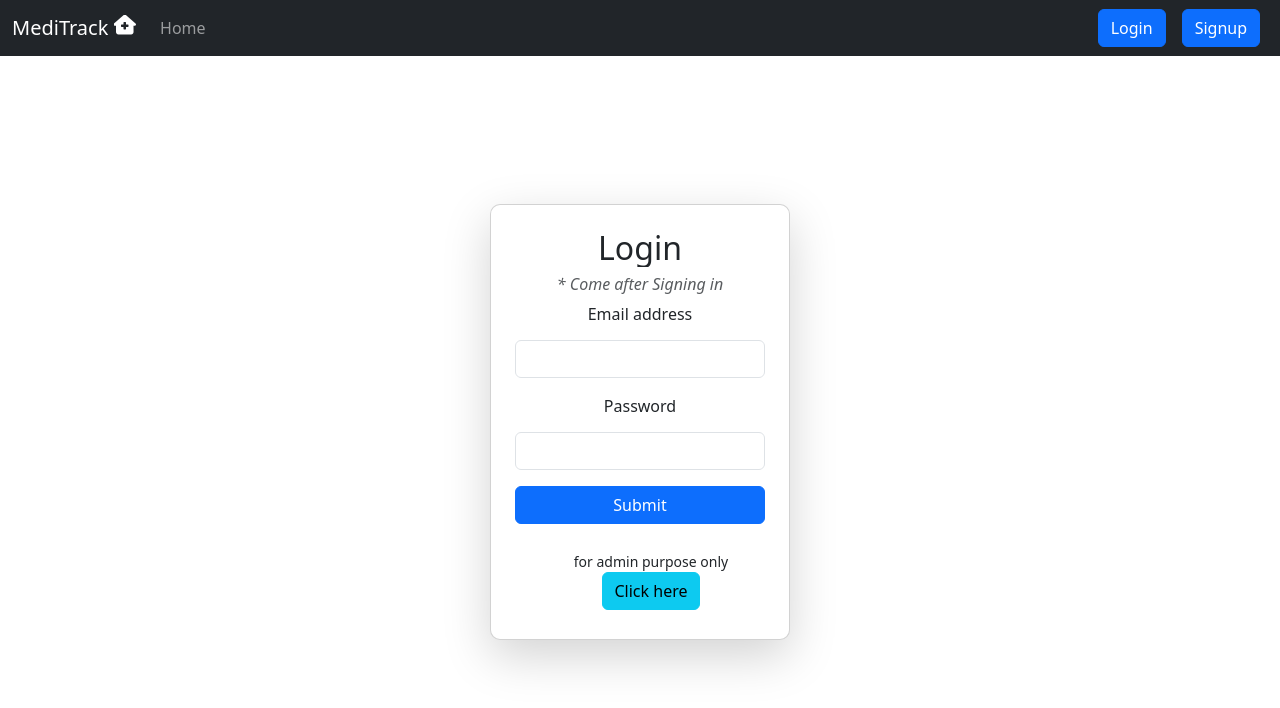
Repository: rahul-chakradhari/PillWise
Page: /login (app in frontend/)
The author's editor kept a copy of each file at every save. The page is drawn from the files as they stood at one save, then again after the next save.
The browser window is 1280 px wide. The pictures show the whole page.
An inner scrolling area shows only its first screen. The project was rebuilt for these pictures with package versions that can differ from the ones it lists, and the page was loaded fresh each time. Also part of the build but not shown: frontend/vite.config.js, frontend/src/components/Home.jsx, frontend/src/components/History.jsx, frontend/src/components/Remainder.jsx, frontend/src/components/Doctors.jsx, frontend/src/components/Healthy.jsx, frontend/src/components/Prescription.jsx, frontend/src/components/Signup.jsx and 2 more.

Above is the page before, as saved 2025-03-16 16:08:52.

### frontend/index.html
<!DOCTYPE html>
<html lang="en">
  <head>
    <meta charset="UTF-8" />
    <link rel="icon" type="image/svg+xml" href="/icon.webp" />
    <meta name="viewport" content="width=device-width, initial-scale=1.0" />
    <link
      href="https://cdn.jsdelivr.net/npm/bootstrap@5.3.3/dist/css/bootstrap.min.css"
      rel="stylesheet"
      integrity="sha384-QWTKZyjpPEjISv5WaRU9OFeRpok6YctnYmDr5pNlyT2bRjXh0JMhjY6hW+ALEwIH"
      crossorigin="anonymous"
    />
    <link
      rel="stylesheet"
      href="https://cdnjs.cloudflare.com/ajax/libs/font-awesome/6.5.1/css/all.min.css"
    />

    <title>MediTrack-Smart-Medicine-Reminder-Tracker</title>
  </head>
  <body>
    <div id="root"></div>
    <script type="module" src="/src/main.jsx"></script>
    <script
      src="https://cdn.jsdelivr.net/npm/bootstrap@5.3.3/dist/js/bootstrap.bundle.min.js"
      integrity="sha384-YvpcrYf0tY3lHB60NNkmXc5s9fDVZLESaAA55NDzOxhy9GkcIdslK1eN7N6jIeHz"
      crossorigin="anonymous"
    ></script>
  </body>
</html>

### frontend/src/main.jsx
import React from "react";
import ReactDOM from "react-dom/client";
import { BrowserRouter } from "react-router-dom";
import { Provider } from "react-redux";
import { store } from "./redux/store";
import App from "./App";
import "react-toastify/dist/ReactToastify.css";

const root = ReactDOM.createRoot(document.getElementById("root"));

root.render(
  <Provider store={store}>
    {" "}
    <BrowserRouter>
      <App />
    </BrowserRouter>
  </Provider>
);

### frontend/src/redux/store.js
// import { combineReducers, configureStore } from "@reduxjs/toolkit";

// import {
//   persistReducer,
//   FLUSH,
//   REHYDRATE,
//   PAUSE,
//   PERSIST,
//   PURGE,
//   REGISTER,
// } from "redux-persist";
// import storage from "redux-persist/lib/storage";
// import authSlice from "./userSlice.js";

// const persistConfig = {
//   key: "root",
//   version: 1,
//   storage,
// };
// const rootReducer = combineReducers({
//   auth: authSlice,
// });
// const persistedReducer = persistReducer(persistConfig, rootReducer);

// const store = configureStore({
//   reducer: persistedReducer,
//   middleware: (getDefaultMiddleware) =>
//     getDefaultMiddleware({
//       serializableCheck: {
//         ignoredActions: [FLUSH, REHYDRATE, PAUSE, PERSIST, PURGE, REGISTER],
//       },
//     }),
// });

// export default store;

import { configureStore } from "@reduxjs/toolkit";
import userReducer from "./userSlice";
import appointmentReducer from "./appointmentSlice";
import doctorReducer from "./doctorSlice";
import prescriptionReducer from "./prescriptionSlice";
import remainderReducer from "./remainderSlice";
export const store = configureStore({
  reducer: {
    userKey: userReducer,
    appointmentKey: appointmentReducer,
    doctorKey: doctorReducer,
    prescriptionKey: prescriptionReducer,
    remainderKey: remainderReducer,
  },
});

### frontend/src/App.jsx
import React from "react";
import { Routes, Route, Navigate } from "react-router-dom";
import Navbar from "./components/Navbar";
import Home from "./components/Home";
import History from "./components/History";
import Remainder from "./components/Remainder";
import Doctors from "./components/Doctors";
import Healthy from "./components/Healthy";
import Prescription from "./components/Prescription";
import Login from "./components/Login";
import Signup from "./components/Signup";
import { ToastContainer } from "react-toastify";

import Admin from "./components/Admin";
import AdminData from "./components/AdminData";

const PrivateRoute = ({ children }) => {
  return localStorage.getItem("auth-token") ? (
    children
  ) : (
    <Navigate to="/login" />
  );
};

function App() {
  return (
    <div className="app">
      <Navbar />
      <Routes>
        <Route path="/" element={<Home />} />
        <Route path="/login" element={<Login />} />
        <Route path="/signup" element={<Signup />} />

        <Route path="/admin" element={<Admin />} />
        <Route path="/admind" element={<AdminData />} />

        {/* Protected Routes */}
        <Route
          path="/history"
          element={
            <PrivateRoute>
              <History />
            </PrivateRoute>
          }
        />
        <Route
          path="/remainder"
          element={
            <PrivateRoute>
              <Remainder />
            </PrivateRoute>
          }
        />
        <Route
          path="/doctors"
          element={
            <PrivateRoute>
              <Doctors />
            </PrivateRoute>
          }
        />
        <Route
          path="/healthy"
          element={
            <PrivateRoute>
              <Healthy />
            </PrivateRoute>
          }
        />
        <Route
          path="/prescription"
          element={
            <PrivateRoute>
              <Prescription />
            </PrivateRoute>
          }
        />
      </Routes>
      <ToastContainer />
    </div>
  );
}

export default App;

### frontend/src/redux/userSlice.js
import { createSlice } from "@reduxjs/toolkit";
export const userSlice = createSlice({
  name: "userSlice",
  initialState: {
    user: null,
  },
  //reducer
  reducers: {
    setUser: (state, action) => {
      state.user = action.payload;
    },
  },
});
//action creater
export const { setUser } = userSlice.actions;
export default userSlice.reducer;

### frontend/src/redux/appointmentSlice.js
import { createSlice } from "@reduxjs/toolkit";

export const appointmentSlice = createSlice({
  name: "appointmentSlice",
  initialState: {
    appointments: [],
    loading: false,
    error: null,
  },
  reducers: {
    //set appointments
    setAppointments: (state, action) => {
      state.appointments = action.payload;
    },
    //set loading
    setloading: (state, action) => {
      state.loading = action.payload;
    },
    //set appointments
    setError: (state, action) => {
      state.error = action.payload;
    },
  },
});
export const { setAppointments, setloading, setError } =
  appointmentSlice.actions;
export default appointmentSlice.reducer;

### frontend/src/redux/doctorSlice.js
import { createSlice } from "@reduxjs/toolkit";

export const doctorSlice = createSlice({
  name: "doctorSlice",
  initialState: {
    doctors: [],
    loading: false,
    error: null,
  },
  reducers: {
    //set doctors
    setDoctors: (state, action) => {
      state.doctors = action.payload;
    },
    //set loading
    setLoading: (state, action) => {
      state.loading = action.payload;
    },
    //set error
    setError: (state, action) => {
      state.error = action.payload;
    },
  },
});
export const { setDoctors, setLoading, setError } = doctorSlice.actions;
export default doctorSlice.reducer;

### frontend/src/redux/prescriptionSlice.js
import { createSlice } from "@reduxjs/toolkit";
import { doctorSlice } from "./doctorSlice";

export const prescrioptionSlice = createSlice({
  name: "prescriptionSlice",
  initialState: {
    prescriptions: [],
    loading: false,
    error: null,
  },
  reducers: {
    //set prescription
    setPrescription: (state, action) => {
      state.prescriptions = action.payload;
    },
    //set loading
    setLoading: (state, action) => {
      state.loading = action.payload;
    },
    //set error
    setError: (state, action) => {
      state.error = action.payload;
    },
  },
});
export const { setPrescription, setLoading, setError } = doctorSlice.actions;
export default prescrioptionSlice.reducer;

### frontend/src/redux/remainderSlice.js
import { createSlice } from "@reduxjs/toolkit";

export const remainderSlice = createSlice({
  name: "remainder",
  initialState: {
    reminders: [], // Store medicine reminders
    loading: false,
    error: null,
  },
  reducers: {
    setLoading: (state, action) => {
      state.loading = action.payload;
    },
    setError: (state, action) => {
      state.error = action.payload;
    },
    setReminders: (state, action) => {
      state.reminders = action.payload; // Set fetched reminders
    },
    addReminder: (state, action) => {
      state.reminders.push(action.payload); // Add a new reminder
    },
    updateReminder: (state, action) => {
      const { id, updatedData } = action.payload;
      const index = state.reminders.findIndex((rem) => rem.id === id);
      if (index !== -1) {
        state.reminders[index] = { ...state.reminders[index], ...updatedData };
      }
    },
    deleteReminder: (state, action) => {
      state.reminders = state.reminders.filter(
        (rem) => rem.id !== action.payload
      );
    },
  },
});

export const {
  setLoading,
  setError,
  setReminders,
  addReminder,
  updateReminder,
  deleteReminder,
} = remainderSlice.actions;

export default remainderSlice.reducer;

### frontend/src/components/Navbar.jsx
import React, { useEffect, useState } from "react";
import { useSelector } from "react-redux";
import { Link, useNavigate } from "react-router-dom";
import { store } from "../redux/store";

const Navbar = () => {
  const navigate = useNavigate();
  const [isLoggedIn, setIsLoggedIn] = useState(
    !!localStorage.getItem("auth-token")
  );

  //const { user } = useSelector((store) => store.userKey);
  const { user } = useSelector((store) => store.userKey);
  console.log(user);
  // Jab bhi auth-token change ho, UI update ho

  useEffect(() => {
    const handleStorageChange = () => {
      setIsLoggedIn(!!localStorage.getItem("auth-token"));
    };

    window.addEventListener("storage", handleStorageChange);
    return () => window.removeEventListener("storage", handleStorageChange);
  }, []);

  // Logout Function
  const handleLogout = () => {
    localStorage.removeItem("auth-token");
    setIsLoggedIn(false);
    navigate("/login");
  };

  return (
    <nav className="navbar navbar-expand-lg navbar-dark bg-dark">
      <div className="container-fluid">
        <Link className="navbar-brand" to="/">
          MediTrack <i className="fa-solid fa-house-medical"></i>
        </Link>
        <button
          className="navbar-toggler"
          type="button"
          data-bs-toggle="collapse"
          data-bs-target="#navbarSupportedContent"
        >
          <span className="navbar-toggler-icon"></span>
        </button>
        <div className="collapse navbar-collapse" id="navbarSupportedContent">
          <ul className="navbar-nav me-auto mb-2 mb-lg-0">
            <li className="nav-item">
              <Link className="nav-link" to="/">
                Home
              </Link>
            </li>

            {/* Protected Routes */}
            {isLoggedIn && (
              <>
                <li className="nav-item">
                  <Link className="nav-link" to="/doctors">
                    Doctors
                  </Link>
                </li>
                <li className="nav-item">
                  <Link className="nav-link" to="/remainder">
                    Remainder
                  </Link>
                </li>
                <li className="nav-item">
                  <Link className="nav-link" to="/history">
                    History & Analytics
                  </Link>
                </li>
                <li className="nav-item">
                  <Link className="nav-link" to="/healthy">
                    Healthy Lifestyle
                  </Link>
                </li>
                <li className="nav-item">
                  <Link className="nav-link" to="/prescription">
                    Prescription
                  </Link>
                </li>

                {user?.isAdmin === true && (
                  <li className="nav-item">
                    <Link
                      className="nav-link text-dark fw-bold px-3 rounded"
                      to="/admind"
                      style={{ backgroundColor: "white" }}
                    >
                      Admin Data
                    </Link>
                  </li>
                )}
              </>
            )}
          </ul>

          {/* Login / Logout Buttons */}
          {!isLoggedIn ? (
            <>
              <Link className="btn btn-primary mx-2" to="/login">
                Login
              </Link>
              <Link className="btn btn-primary mx-2" to="/signup">
                Signup
              </Link>
            </>
          ) : (
            <button className="btn btn-danger mx-2" onClick={handleLogout}>
              Logout
            </button>
          )}
        </div>
      </div>
    </nav>
  );
};

export default Navbar;

### frontend/src/components/Login.jsx
import React, { useState } from "react";
import { toast } from "react-toastify";
import axiosInstance from "../utils/axiosInstant";
import { useNavigate } from "react-router-dom";
import { Link } from "react-router-dom";
import { useDispatch } from "react-redux";
import { setUser } from "../redux/userSlice";

const Login = () => {
  const [email, setEmail] = useState("");
  const [password, setPassword] = useState("");
  const navigate = useNavigate();
  const dispatch = useDispatch();
  const handleSubmit = async (e) => {
    e.preventDefault();
    try {
      const response = await axiosInstance.post("/api/user/login", {
        email,
        password,
      });
      if (response?.data?.success) {
        toast.success(response?.data?.message);
        localStorage.setItem("auth-token", response?.data?.token); // Token Store
        window.dispatchEvent(new Event("storage")); // Navbar Update
        dispatch(setUser(response?.data?.user));
        navigate("/");
        console.log(response.data.user);
      }
    } catch (error) {
      toast.error(error.response?.data?.message || "Login failed");
    }
  };

  return (
    <div className="container d-flex justify-content-center align-items-center vh-100">
      <div className="card p-4 shadow-lg" style={{ width: "400px" }}>
        <form onSubmit={handleSubmit}>
          <h2 className="text-center">Login</h2>
          <h6 className="text-center text-muted">
            <i>* Come after Signing in</i>
            <br />
          </h6>
          <div className="mb-3">
            <label htmlFor="exampleInputEmail1" className="form-label">
              Email address
            </label>
            <input
              type="email"
              className="form-control"
              id="exampleInputEmail1"
              value={email}
              onChange={(e) => setEmail(e.target.value)}
              required
            />
          </div>
          <div className="mb-3">
            <label htmlFor="exampleInputPassword1" className="form-label">
              Password
            </label>
            <input
              type="password"
              className="form-control"
              id="exampleInputPassword1"
              value={password}
              onChange={(e) => setPassword(e.target.value)}
              required
            />
          </div>
          <button type="submit" className="btn btn-primary w-100">
            Submit
          </button>
        </form>
        <div className="admin">
          for admin purpose only
          <Link className="btn btn-info mx-2" to="/admin">
            Click here
          </Link>
        </div>
      </div>
    </div>
  );
};

export default Login;

### frontend/src/components/styles.css
* {
  margin: 0;
  padding: 0;
  box-sizing: border-box;
  overflow-x: hidden; /* Horizontal scroll remove */
}

/* Jo bhi element overflow karega, uski scrollbar hide ho jayegi */
::-webkit-scrollbar {
  display: none; /* Chrome, Safari */
}
body,
html {
  width: 100%;
  height: 100%;
}
body {
  overflow-y: scroll; /* Scroll allow karega */
  scrollbar-width: none; /* Firefox ke liye */
  -ms-overflow-style: none; /* IE aur Edge ke liye */
}

body::-webkit-scrollbar {
  display: none; /* Chrome, Safari ke liye */
}

.container {
  display: flex;
  align-items: center;
  justify-content: space-between;
  padding: 20px;
  width: 100vw;
  height: 100vh;
  overflow-y: scroll;
  scrollbar-width: none; /* Firefox ke liye */
  -ms-overflow-style: none;
}
.container::-webkit-scrollbar {
  display: none;
}

/* CSS */
.button-64 {
  align-items: center;
  background-image: linear-gradient(144deg, #af40ff, #5b42f3 50%, #00ddeb);
  border: 0;
  border-radius: 8px;
  box-shadow: rgba(151, 65, 252, 0.2) 0 15px 30px -5px;
  box-sizing: border-box;
  color: #ffffff;
  display: flex;
  font-family: Phantomsans, sans-serif;
  font-size: 20px;
  justify-content: center;
  line-height: 1em;
  max-width: 100%;
  min-width: 140px;
  padding: 3px;
  text-decoration: none;
  user-select: none;
  -webkit-user-select: none;
  touch-action: manipulation;
  white-space: nowrap;
  cursor: pointer;
}

.button-64:active,
.button-64:hover {
  outline: 0;
}

.button-64 span {
  background-color: rgb(5, 6, 45);
  padding: 16px 24px;
  border-radius: 6px;
  width: 100%;
  height: 100%;
  transition: 300ms;
}

.button-64:hover span {
  background: none;
}

@media (min-width: 768px) {
  .button-64 {
    font-size: 24px;
    min-width: 196px;
  }
}

.button-92 {
  --c: #fff;

  background: linear-gradient(90deg, #0000 33%, #fff5, #0000 67%)
      var(--_p, 100%) / 300% no-repeat,
    #004dff;

  color: #0000;
  border: none;
  transform: perspective(500px) rotateY(calc(20deg * var(--_i, -1)));
  text-shadow: calc(var(--_i, -1) * 0.08em) -0.01em 0 var(--c),
    calc(var(--_i, -1) * -0.08em) 0.01em 2px #0004;
  outline-offset: 0.1em;
  transition: 0.3s;
}

.button-92:hover,
.button-92:focus-visible {
  --_p: 0%;
  --_i: 1;
}

.button-92:active {
  text-shadow: none;
  color: var(--c);
  box-shadow: inset 0 0 9e9Q #0005;
  transition: 0s;
}

.button-92 {
  max-width: 270px;
  min-width: 160px;
  font-weight: bold;
  font-size: -2rem;
  margin: 0;
  cursor: pointer;
  padding: 0.1em 0.3em;
}
.title {
  margin-left: 182px;
  font-family: "Poppins", sans-serif;
  font-weight: bold;
  margin-bottom: 75px;
}
.subtexts {
  font-family: Cambria, Cochin, Georgia, Times, "Times New Roman", serif;
}
.texts {
  font-size: 18px;
  gap: 12px;
  margin-top: 19px;
}
.image {
  flex: 1;
  display: flex;
  width: 399.99px;
  height: 640.01px;
  justify-content: flex-end;
  max-width: 50%;
  overflow: hidden;
  max-width: 100%; /* Image container ko responsive banane ke liye */
  max-height: 100vh;
}

.text {
  flex: 1; /* Text ka section */
  text-align: left; /* Ensure left alignment */
  font-size: 24px;
  font-weight: bold;
}

.animation-style {
  width: 700px; /* Adjust as needed */
  height: 700px; /* Maximum width of animation */
  flex: 1;
  margin-bottom: 122px;
}
/* Doctors Section */
.doctors-container {
  background-color: rgb(59 130 246);
  display: flex;
  justify-content: center;
  align-items: center;
  height: 100vh;
  padding: 20px;
}

.doctors-content {
  display: flex;
  flex-direction: row; /* Left-Right Layout */
  max-width: 1200px;
  width: 100%;
  background: white;
  border-radius: 20px;
  overflow: hidden;
  box-shadow: 0px 4px 10px rgba(0, 0, 0, 0.2);
}

.doctors-image {
  flex: 1;
  display: flex;
  justify-content: center;
  align-items: center;
  padding: 20px;
}

.doctors-text {
  display: flex;
  flex-direction: column;
  flex: 1;
  padding: 40px;
  text-align: left;
  margin-top: 190px;
  margin-left: 54px;
}

.doctors-text .title {
  font-size: 32px;
  font-weight: bold;
  color: #333;
  margin-bottom: 20px;
}

.doctors-text .texts {
  font-size: 18px;
  color: #555;
}

.doctors-text .subtexts {
  font-size: 16px;
  color: #666;
  margin-left: 10px;
}

/* Rewards Section - 3 Cards in 1 Row */
.rewards-container {
  text-align: center;
  padding: 40px;
}

.rewards-grid {
  display: grid;
  grid-template-columns: repeat(3, 1fr); /* 3 cards per row */
  gap: 20px;
  justify-content: center;
  padding: 20px;
}

.card {
  margin-top: 12px !important;
  width: 100%;
  max-width: 300px;
  background: white;
  border-radius: 10px;
  box-shadow: 0px 4px 10px rgba(0, 0, 0, 0.1);
  padding: 15px;
  text-align: center;
}

.card img {
  width: 100%;
  height: auto;
  border-radius: 10px;
}

.title {
  font-size: 32px;
  font-weight: bold;
  color: #333;
  margin-bottom: 20px;
  margin-left: 12px;
}

.texts {
  font-size: 18px;
  color: #555;
}

.subtexts {
  font-size: 16px;
  color: #666;
  margin-left: 10px;
}
.doctors-text .texts {
  font-size: 18px;
  color: #555; /* Text ka color */
}

.doctors-text .subtexts {
  font-size: 16px;
  color: #666; /* Subtext ka color */
  margin-left: 10px;
}
.speci {
  margin-top: 12px;
  margin-left: 582px;
}

.stylish {
  display: flex;
  margin-left: 112px;
  gap: 92px;
  margin-top: 12px;
}
.login,
.signup {
  margin-left: 22px;
  margin-top: 12px;
}
.admin {
  padding: 5px 10px;
  font-size: 14px;
}
.admin {
  margin-top: 22px;
  margin-left: 22px;
}

### frontend/src/utils/axiosInstant.js
import axios from "axios";

const axiosInstance = axios.create({
  baseURL: "http://localhost:8080",
  headers: {
    "Content-Type": "application/json",
  },
  credentials: "include",
  withCredentials: true,
});

export default axiosInstance;

After the next save:
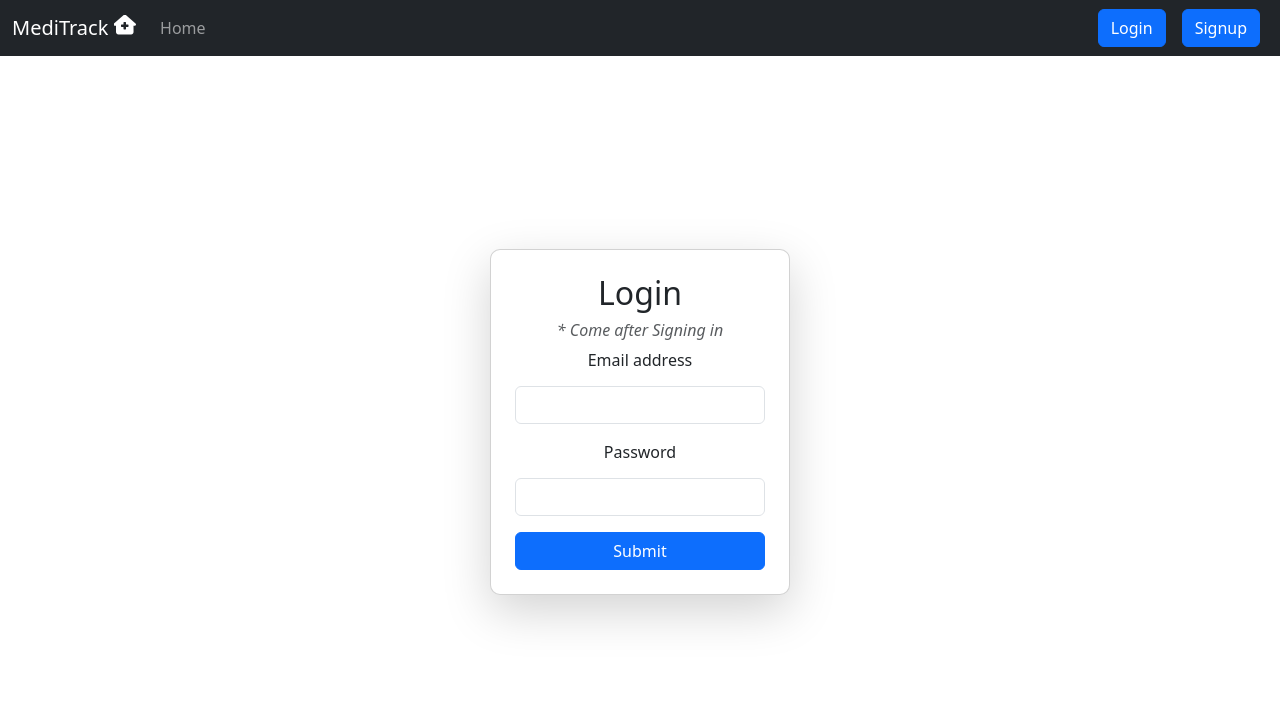
Saved 94 s later.
--- a/frontend/src/components/Login.jsx
+++ b/frontend/src/components/Login.jsx
@@ -70,12 +70,6 @@ const Login = () => {
             Submit
           </button>
         </form>
-        <div className="admin">
-          for admin purpose only
-          <Link className="btn btn-info mx-2" to="/admin">
-            Click here
-          </Link>
-        </div>
       </div>
     </div>
   );
